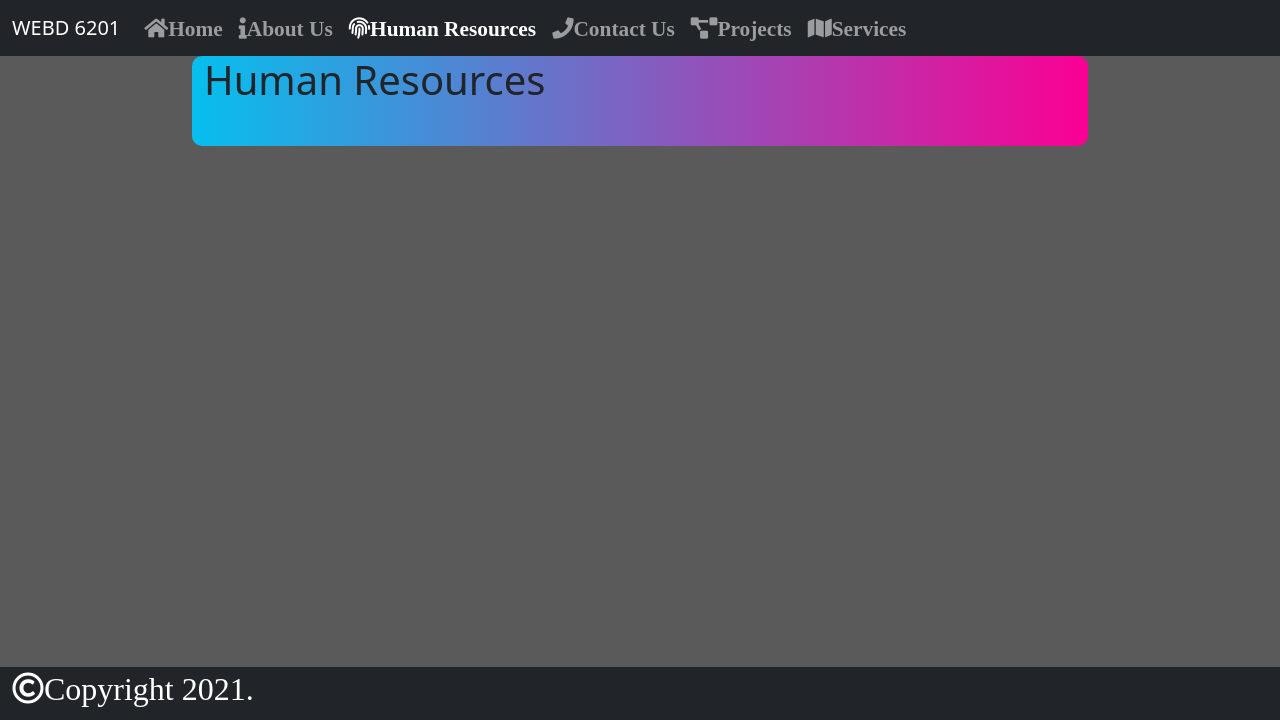
Repository: vans12345678/WEBD6201-W2021-Lab1
Page: human-resources.html
These files come from the project's save history. The page is drawn as it stood at one moment and after the next save; the edit follows.
The browser window is 1280 px wide. The pictures show the whole page.

Above is the page before, as saved 2021-02-02 19:52:30.

### human-resources.html
<!DOCTYPE html>
<html lang="en">
<head>
    <meta charset="UTF-8">
    <meta name="viewport" content="width=device-width, initial-scale=1.0">
    <title>Human Resources</title>

    <!-- CSS Section -->
    <link rel="stylesheet" href="./node_modules/bootstrap/dist/css/bootstrap.min.css">
    <link rel="stylesheet" href="./node_modules/@fortawesome/fontawesome-free/css/all.min.css">
    <link rel="stylesheet" href="./Content/app.css">
</head>
<body>
  <!-- Main Header -->
    <header>
      <!-- Main Navigation -->
        <nav class="navbar navbar-expand-lg navbar-dark bg-dark">
            <div class="container-fluid">
              <a id ="navHome" class="navbar-brand" href="index.html"></a>
              <button class="navbar-toggler" type="button" data-bs-toggle="collapse" data-bs-target="#navbarSupportedContent" aria-controls="navbarSupportedContent" aria-expanded="false" aria-label="Toggle navigation">
                <span class="navbar-toggler-icon"></span>
              </button>
              <div class="collapse navbar-collapse" id="navbarSupportedContent">
                <ul class="navbar-nav me-auto mb-2 mb-lg-0">
                  <li class="nav-item">
                    <a id = "navIndex" class="nav-link fas fa-home fa-lg" aria-current="page" href="index.html"></a>
                  </li>
                  <li class="nav-item">
                    <a id = "navAbout" class="nav-link fas fa-info fa-lg" aria-current="page" href="about.html"></a>
                  </li>
                  <li class="nav-item" id = "navHumanResources">
                  </li>
                  <li class="nav-item">
                    <a id = "navContact" class="nav-link fas fa-phone fa-lg" aria-current="page" href="contact.html"></a>
                  </li>
                  <li class="nav-item">
                    <a id = "navProjects" class="nav-link fas fa-project-diagram fa-lg" aria-current="page" href="projects.html">Products</a>
                  </li>
                  <li class="nav-item">
                    <a id = "navServices" class="nav-link fas fa-map fa-lg" aria-current="page" href="services.html"></a>
                  </li>
                </ul>
              </div>
            </div>
          </nav>
    </header>
  <!-- Main Contents -->
    <main>
        <h1 class = "container">Human Resources</h1>
    </main>
    <!-- Main Footer -->
    <footer>
      <nav class="navbar fixed-bottom navbar-dark bg-dark">
          <div class="container-fluid">
              <h4><i id = "footer"class="far fa-copyright fa-lg site-footer"></i></h4>
          </div>
        </nav>
  </footer>
    <!-- Script Section -->
    <script src="./node_modules/jquery/dist/jquery.min.js"></script>
    <script src="./node_modules/bootstrap/dist/js/bootstrap.bundle.min.js"></script>
    <script src="./Scripts/app.js"></script>
</body>
</html>

### Content/app.css
/* custom css goes here */
.Vapor {
    background-image: url('../images/vapor.jpg');
    background-repeat: no-repeat;
    background-attachment: fixed;
    background-size: 100% 100%;
  }
  a {
    color: greenyellow;
  }
  .aboutFont
  {
    font-family: Arial, Helvetica, sans-serif;
    line-height: 32px;
  }
  body
  {
    background-color: rgb(90, 90, 90);
  }
  h1.container{
    border-radius: 10px;
    width: 70%;
    height: 90px;
    margin: 0px auto;
    background: linear-gradient(90deg,#06bfee,#fb0093)
  }
  h1.projects{
    background-color: white;
  }
  .contact-table{
    width: 100%;
    margin:  50px auto;
    background-color: white;
  }
  .contact-form
  {
    width: 100%;
    margin:  100px auto;
  }
  .warnMessage
  {
    width: 90%;
    margin:  50px;
  }
  .site-footer {
    color:white;
  }

### Scripts/app.js
/************************************************************
 * Name: Andre Agrippa, Michai Pryce
 * Date: 01/20/2021
 * Description: This file adds functionality to the Home,
 * About Us, Human Resources, Contact Us, Projects and Services
 * pages.
 * Date Completed:
 */

"use strict";


(function(){

    function DisplayNav()
    {
        let navTextElement = document.getElementById("navHome").textContent = "WEBD 6201";
        navTextElement = document.getElementById("navIndex").textContent = "Home";
        navTextElement = document.getElementById("navAbout").textContent = "About Us";
        navTextElement = document.getElementById("navHumanResources").innerHTML = `
            <a  class="nav-link fas fa-fingerprint fa-lg" aria-current="page" href="human-resources.html">Human Resources</a>
            `;
        navTextElement = document.getElementById("navContact").textContent = "Contact Us";
        navTextElement = document.getElementById("navProjects").textContent = "Projects";
        navTextElement = document.getElementById("navServices").textContent = "Services";
        navTextElement = document.getElementById("footer").textContent = "Copyright 2021.";
    }

    function displayHome()
    {
        DisplayNav();
        let introText = "This is a simple site to demonstrate the specified requirements for Lab 1 WEBD 6201 - Client Side Scripting";
        let titleText = "Welcome to WEBD 6201";

        let introTextElement = document.getElementById("indexTitle").textContent = titleText;
        introTextElement = document.getElementById("indexParagraph").textContent = introText;

    }
    function displayAbout()
    {
        DisplayNav();

        //About Andre
        let aboutElement = document.getElementById("aboutTitle").textContent = "About Us";
        aboutElement = document.getElementById("aboutAText");
        aboutElement.innerHTML = `<h1>Andre Agrippa:</h1>
        <p class = "">I'm a 2nd year student at Durham College in the Computer Programming and Analysis program. I've been
        coding for several years now because I enjoy it and always looking to improve in this aspect.</p>
        <a class = "fa-lg" href="andre_resume.pdf" download>Resume Download</a></br></br>
        <img src="../images/morpheus.JPG" alt="" style="width:500px;height:250px;">`;

    }
    function displayProjects()
    {
        DisplayNav();

        //Projects 1
        let projectsElement = document.getElementById("projectsTitle").textContent = "Projects";
        projectsElement = document.getElementById("projectsText").innerHTML =
        `<h3>Project One: COBOL Item List</h3>
        <p>This project reads records from a .dat file, performs calculations on the data then outputs it to a .out file neatly formatted.</p>
        <img src="../images/p1.PNG" alt="" style="width:800px;height:500px;">`;

        //Projects 2
        projectsElement = document.getElementById("projectsText").innerHTML +=
        `<h3>Project Two: C#, XAML, MDF  Preferred Shares and Common Shares</h3>
        <p>This project uses XAML for the windows form and a database to keep track of common and preferred shares.
        The database keeps track of how many shares(common/preferred) are  available and validation is applied.</p>
        <img src="../images/p2.PNG" alt="" style="width:800px;height:500px;">`;

        //Projects 3
        projectsElement = document.getElementById("projectsText").innerHTML +=
        `<h3>Project Three: ASP.NET and MVC Framework Animal Shelter</h3>
        <p>This project is a web application that keeps track of animals, owners, appointment and login info in a database.
        Relational database concepts are applied.</p>
        <img src="../images/p3.PNG" alt="" style="width:800px;height:500px;">`;

    }
    function displayServices()
    {
        DisplayNav();
        let s1Header = "Web Development:";
        let s1Text = "We offer a variety of different web development (Front-end, Back-end, Databases). Languages (PHP, ASP.NET, JavaScript)";
        let s2Header = "Service 2:";
        let s2Text = "Service 2 text";
        let s3Header = "Service 3:";
        let s3Text = "Service 3 text";

        //Services 1
        let servicesElement = document.getElementById("servicesTitle").textContent = "Web Development";
        servicesElement = document.getElementById("servicesText").innerHTML =
        `<h3>Web Development:</h3>
        <p>We offer a variety of different web development (Front-end, Back-end, Databases). Languages (PHP, ASP.NET, JavaScript)</p>
        <img src="../images/s1.jpg" alt="" style="width:800px;height:500px;">`;

        //Services 2
        servicesElement = document.getElementById("servicesText").innerHTML +=
        `<h3>OOP Programming</h3>
        <p>We offer a variety of different Object Oriented Programming. We're experienced with C#, C++, Java etc.
        Whether it be windows forms applications, console applications GUI, etc.</p>
        <img src="../images/s2.png" alt="" style="width:800px;height:500px;">`;

        //Services 3
        servicesElement = document.getElementById("servicesText").innerHTML +=
        `<h3>Database Management System</h3>
        <p>It's been almost 3 years since we've had experience in database development. We've used software such as
        Microsoft SQL Server and PgAdmin4. Experienced with relational database concepts.</p>
        <img src="../images/s3.jpg" alt="" style="width:800px;height:500px;">`;


    }
    function displayContact()
    {
        DisplayNav();

        let messageArea = document.getElementById("messageArea");
        messageArea.hidden = true;

        //form validation
        let fullName = document.getElementById("fullName");
        fullName.addEventListener("blur", function()
        {
            if(fullName.value.length < 2)
            {
                fullName.focus();
                fullName.select();
                messageArea.hidden = false;
                messageArea.className = "alert alert-danger warnMessage";
                messageArea.textContent = "Please enter an appropriate name > 2 characters";
            }
            else
            {
                messageArea.removeAttribute("class");
                messageArea.hidden = true;
            }
        });
            let sendButton = document.getElementById("sendButton");
            sendButton.addEventListener("click", function(event)
            {
                //event.preventDefault();
                // //Displays twice?

                let contact = new Contact(fullName.value,contactNumber.value, emailAddress.value, shortMessage.value);

                console.log(contact.serialize());
                if(contact.serialize())
                {
                    localStorage.setItem((localStorage.length + 1).toString(),contact.serialize());
                }
            });
    }
    function displayContactList()
    {
        DisplayNav();
        if(localStorage.length > 0)
        {
            let contactList = document.getElementById("contactList");
            let data = "";

            for (let index = 0; index < localStorage.length; index++)
            {
                let contactData = localStorage.getItem((index + 1).toString());
                let contact = new Contact();

                contact.deserialize(contactData);

                data += `<tr>
                <th scope="row">${index + 1}</th>
                <td>${contact.FullName}</td>
                <td>${contact.ContactNumber}</td>
                <td>${contact.EmailAddress}</td>
                <td>${contact.ShortMessage}</td>
              </tr>`;
            }
            contactList.innerHTML = data;
        }

    }
    function displayHumanResources()
    {
        DisplayNav();
        let navTextElement = document.getElementById("navHumanResources").innerHTML = `
            <a  class="nav-link fas fa-fingerprint fa-lg active" aria-current="page" href="human-resources.html">Human Resources</a>
            `;
    }

    function Start()
    {
        console.log("App Started...");

        //Based of title of html
        switch(document.title)
        {
            case "Index":
                displayHome();
                break;
            case "About Us":
                displayAbout();
                break;
            case "Projects":
                displayProjects();
                break;
            case "Services":
                displayServices();
                break;
            case "Contact Us":
                displayContact();
                break;
            case "Contact-List":
                displayContactList();
                break;
            case "Human Resources":
                displayHumanResources();
                break;
        }


    }

    window.addEventListener("load", Start);

})();

Loaded but not shown: node_modules/bootstrap/dist/css/bootstrap.min.css (library); node_modules/@fortawesome/fontawesome-free/css/all.min.css (library); node_modules/jquery/dist/jquery.min.js (library); node_modules/bootstrap/dist/js/bootstrap.bundle.min.js (library)

After the next save:
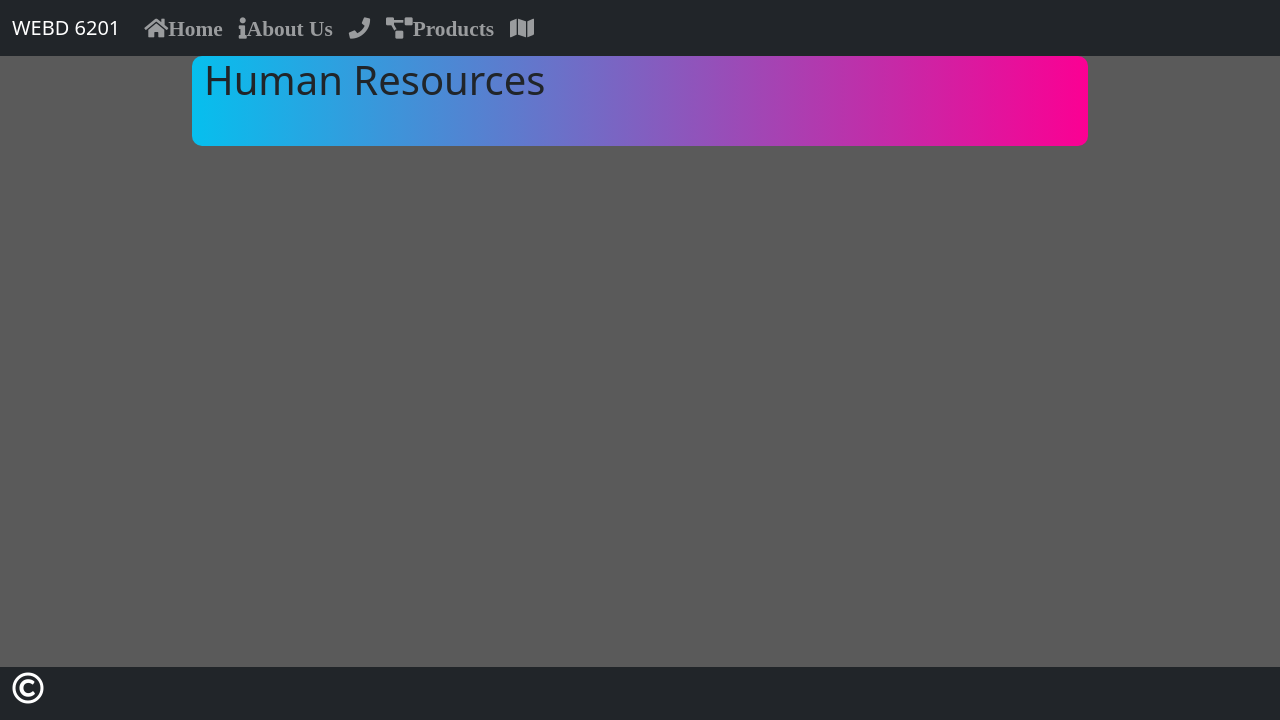
Console error (its wording comes from the project's code and is left out).
Saved 19 min 7 s later.
--- a/Scripts/app.js
+++ b/Scripts/app.js
@@ -17,9 +17,17 @@
         let navTextElement = document.getElementById("navHome").textContent = "WEBD 6201";
         navTextElement = document.getElementById("navIndex").textContent = "Home";
         navTextElement = document.getElementById("navAbout").textContent = "About Us";
-        navTextElement = document.getElementById("navHumanResources").innerHTML = `
-            <a  class="nav-link fas fa-fingerprint fa-lg" aria-current="page" href="human-resources.html">Human Resources</a>
-            `;
+
+        // let listDiv = document.createElement('li');
+        navTextElement.innerHTML = `<li class="nav-item" id = "navHumanResources">
+               <a  class="nav-link fas fa-fingerprint fa-lg" aria-current="page" href="human-resources.html">Human Resources</a>
+                </li>`;
+
+
+
+        // navTextElement = document.getElementById("navHumanResources").innerHTML = `
+        //     <a  class="nav-link fas fa-fingerprint fa-lg" aria-current="page" href="human-resources.html">Human Resources</a>
+        //     `;
         navTextElement = document.getElementById("navContact").textContent = "Contact Us";
         navTextElement = document.getElementById("navProjects").textContent = "Projects";
         navTextElement = document.getElementById("navServices").textContent = "Services";

After the 2 saves that followed:
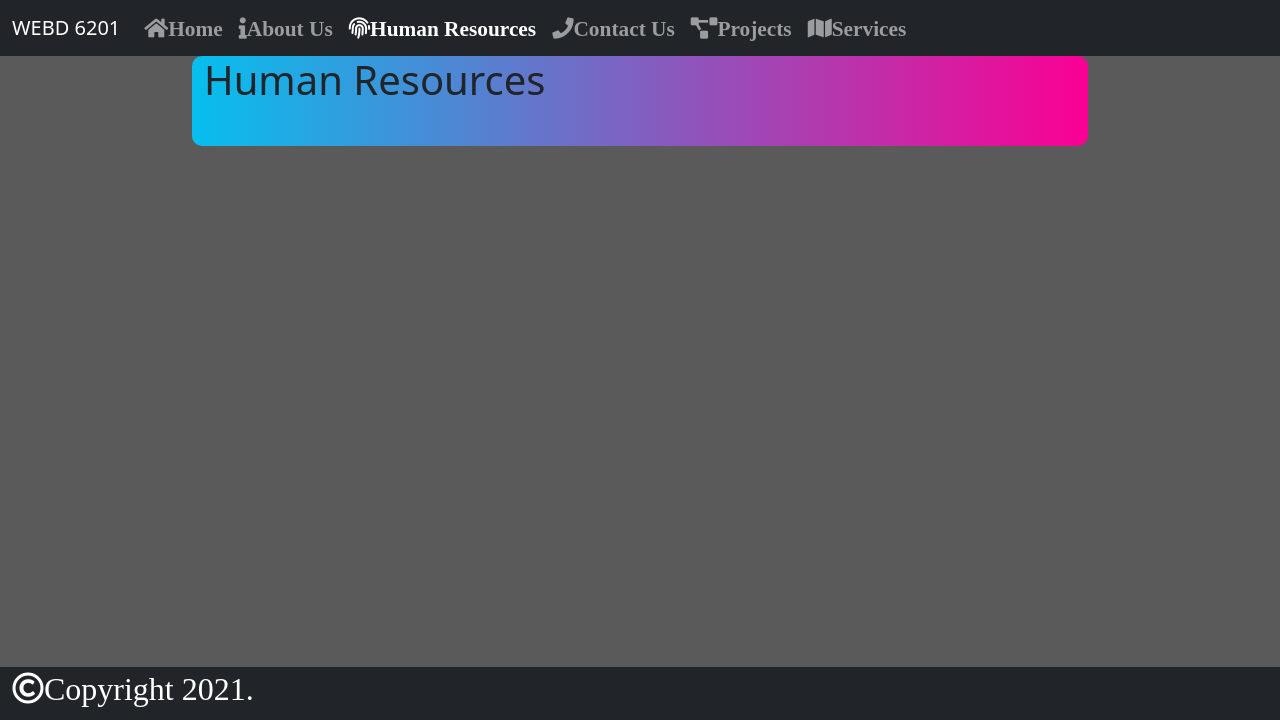
The error is gone.
The 2 saves are shown as one change because 1 left the picture as it was.
The last was saved 71 s later.
--- a/human-resources.html
+++ b/human-resources.html
@@ -25,7 +25,7 @@
                   <li class="nav-item">
                     <a id = "navIndex" class="nav-link fas fa-home fa-lg" aria-current="page" href="index.html"></a>
                   </li>
-                  <li class="nav-item">
+                  <li id = "liAbout"class="nav-item">
                     <a id = "navAbout" class="nav-link fas fa-info fa-lg" aria-current="page" href="about.html"></a>
                   </li>
                   <li class="nav-item" id = "navHumanResources">
--- a/Scripts/app.js
+++ b/Scripts/app.js
@@ -17,14 +17,6 @@
         let navTextElement = document.getElementById("navHome").textContent = "WEBD 6201";
         navTextElement = document.getElementById("navIndex").textContent = "Home";
         navTextElement = document.getElementById("navAbout").textContent = "About Us";
-
-        // let listDiv = document.createElement('li');
-        navTextElement.innerHTML = `<li class="nav-item" id = "navHumanResources">
-               <a  class="nav-link fas fa-fingerprint fa-lg" aria-current="page" href="human-resources.html">Human Resources</a>
-                </li>`;
-
-
-
         // navTextElement = document.getElementById("navHumanResources").innerHTML = `
         //     <a  class="nav-link fas fa-fingerprint fa-lg" aria-current="page" href="human-resources.html">Human Resources</a>
         //     `;
